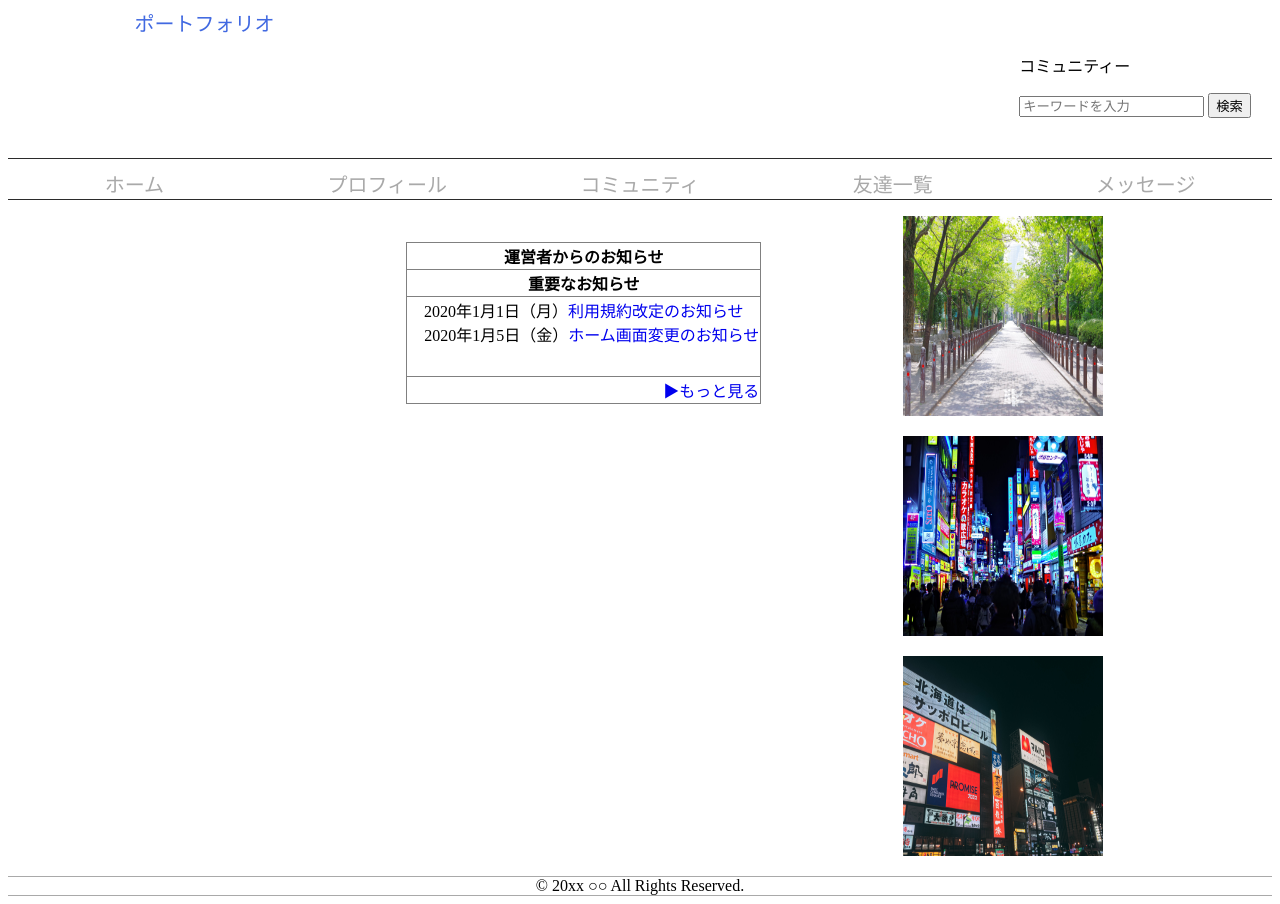
Repository: yuukiabc/samurai_PHP
Page: Notice.html
The author's editor kept a record of every edit. The page is drawn from the files as they stood at one moment, then again after the next edit.
The browser window is 1280 px wide. The pictures show the whole page.

Above is the page before.

After the next edit:
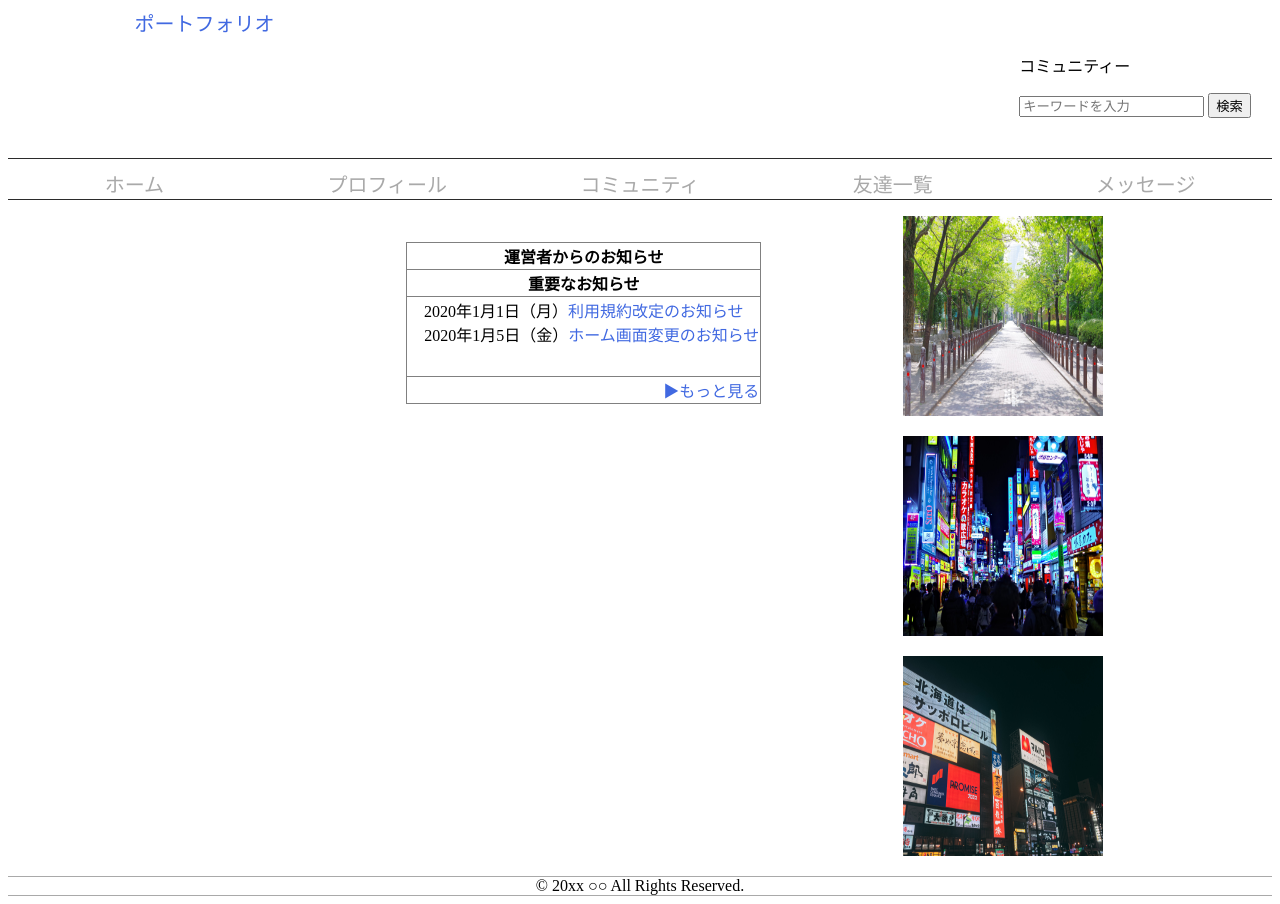
The edit:
--- a/Notice.css
+++ b/Notice.css
@@ -79,6 +79,7 @@
 }
 .c a{
     text-decoration: none;
+    color: #4169e1;
 }
 table{
     margin-top:6%;
